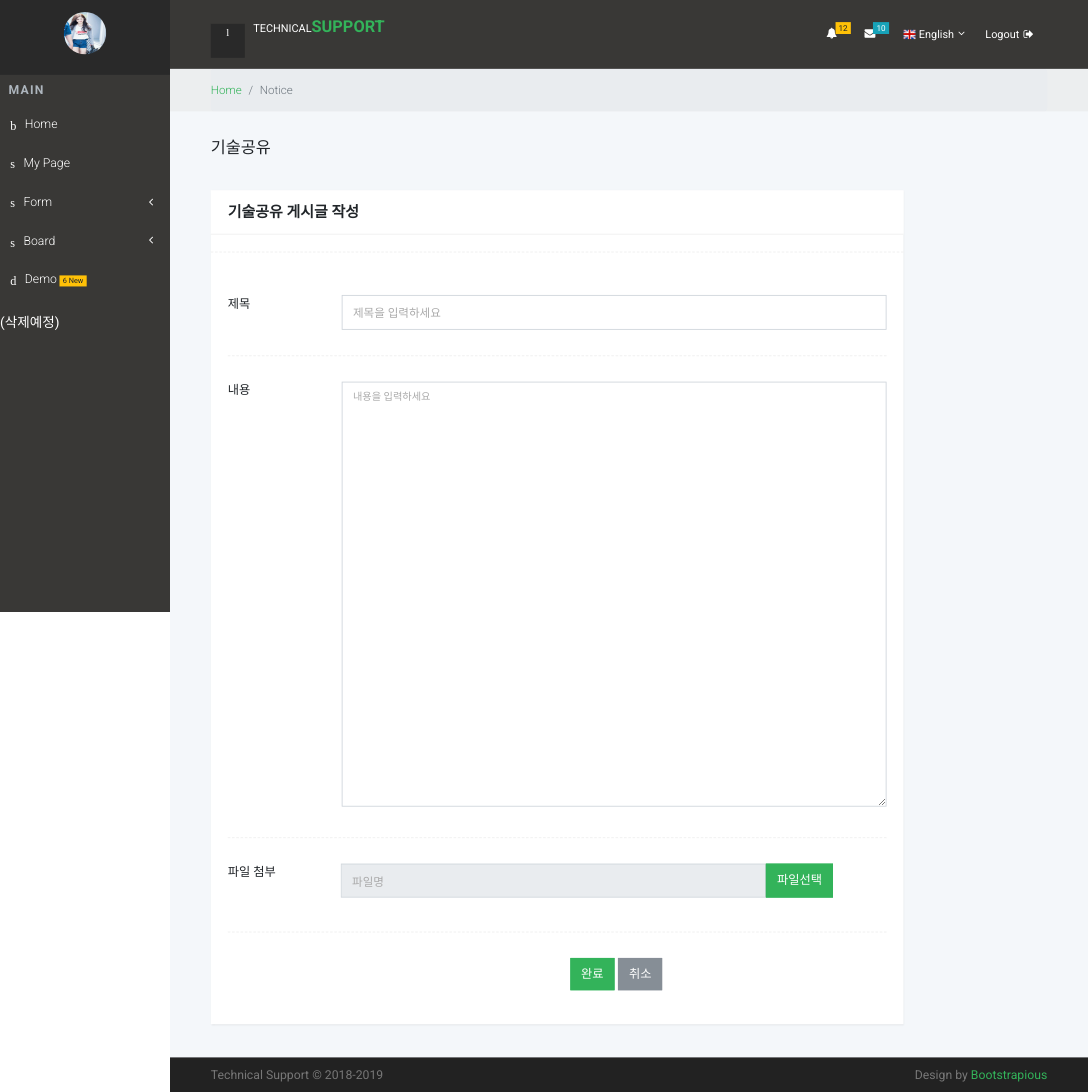
Repository: chi468/Tech_Support_Solution
Page: http://localhost/sol/views/sharing/sharingCreate.jsp
The author's editor kept a copy of each file at every save. The page is drawn from the files as they stood at one save, then again after the next save.
The browser window is 1280 px wide. The pictures show the whole page, at 85% of full size.
Some web fonts or font styles are not loaded; a fallback is used. The page is served by Tomcat 9.

Above is the page before, as saved 2018-12-04 12:13:56.

After the next save:
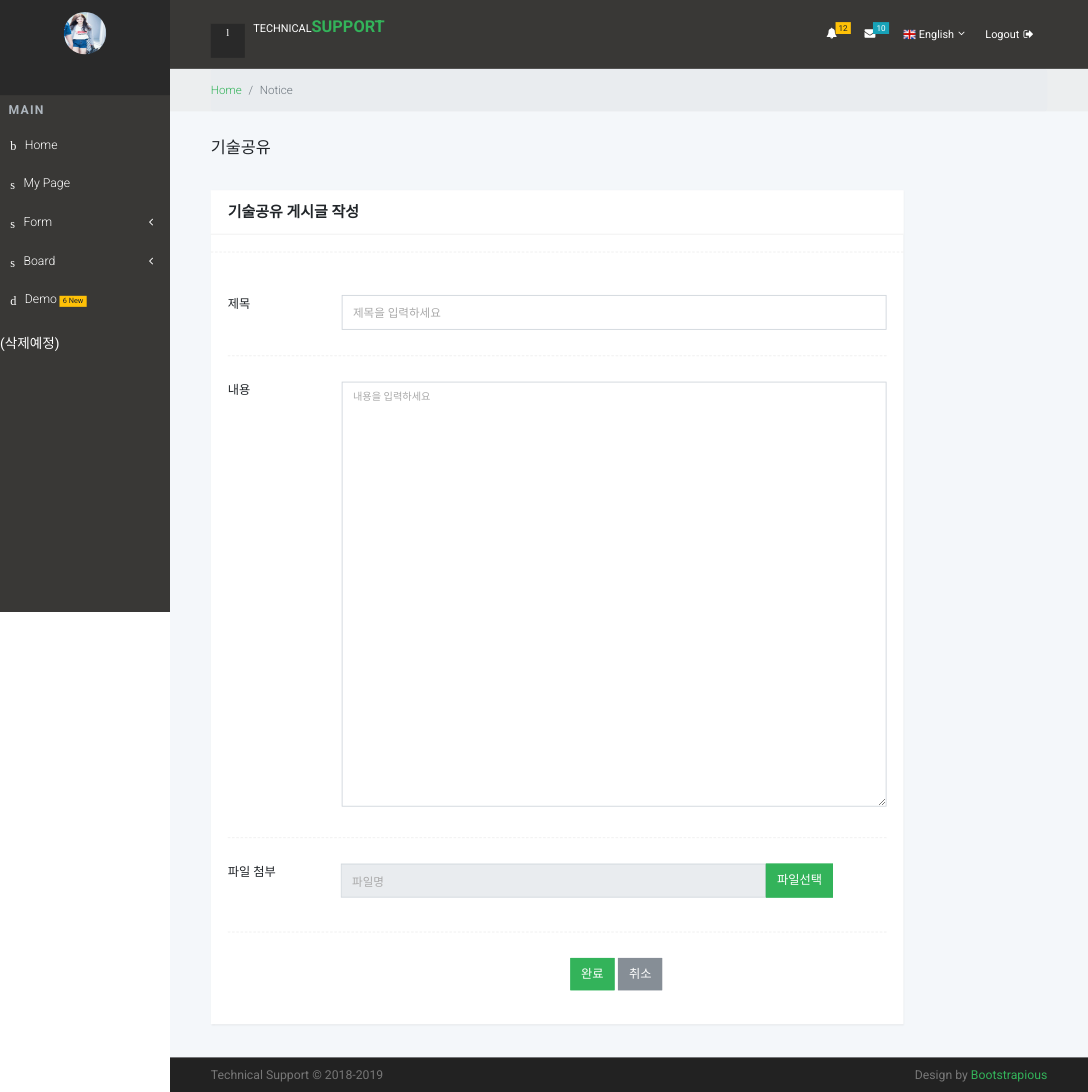
Saved 2 min 21 s later.
--- a/web_workspace_sol/sol/WebContent/layout/sideNavi.jsp
+++ b/web_workspace_sol/sol/WebContent/layout/sideNavi.jsp
@@ -17,6 +17,7 @@
           <!-- User Info-->
           <div class="sidenav-header-inner text-center"><img src="/img/photos/externalFile.jpg" alt="person" class="img-fluid rounded-circle">
             <h2 class="h5">${member.userName}</h2><span>${member.email}</span>
+            <span>${member.email}</span>
           </div>
           <!-- Small Brand information, appears on minimized sidebar-->
           <div class="sidenav-header-logo"><a href="/index.html" class="brand-small text-center"> <strong>T</strong><strong class="text-primary">S</strong></a></div>
